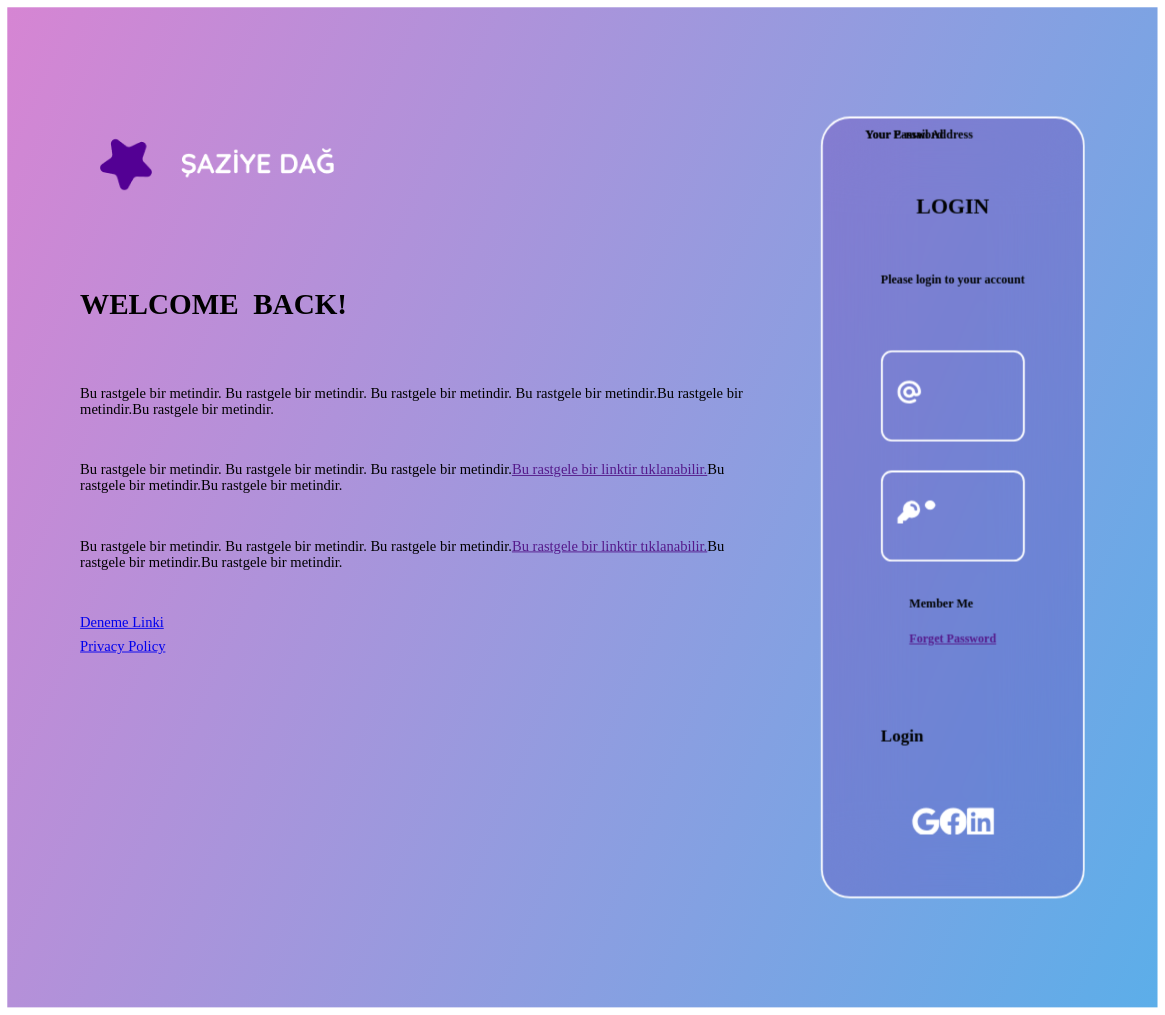
Repository: szydag/login
Page: /
These files come from the project's save history. The page is drawn as it stood at one moment and after the next save; the edit follows.
The browser window is 1280 px wide. The pictures show the whole page, at 91% of full size.
The project was rebuilt for these pictures with package versions that can differ from the ones it lists, and the page was loaded fresh each time. Also part of the build but not shown: src/assets/svgr/unhiddenIcon/index.js.

Above is the page before, as saved 2023-10-22 20:00:48.

### src/index.js
import React from 'react';
import ReactDOM from 'react-dom/client';
import App from './app/index';
import {
    BrowserRouter
} from "react-router-dom";

const root = ReactDOM.createRoot(document.getElementById('root'));
root.render(
    <BrowserRouter>
        <App />
    </BrowserRouter>
);

### src/app/index.js
import LoginPage from "./pages/login";
import useStyles from "./style";

const App = () => {
    useStyles();
    return <div>
        <LoginPage />
    </div>

};

export default App;

### src/app/pages/login/index.js
import React, { useEffect } from 'react'
import useStyles from './style';
import logo from './../../../assets/logo.png'
import MailIcon from './../../../assets/svgr/mailIcon/index.js'
import PasswordIcon from './../../../assets/svgr/passwordIcon/index.js'
import HiddenIcon from './../../../assets/svgr/hiddenIcon/index.js'
import UnhiddenIcon from './../../../assets/svgr/unhiddenIcon/index.js'
import GoogleIcon from './../../../assets/svgr/googleIcon/index.js'
import FacebookIcon from './../../../assets/svgr/facebookIcon/index.js'
import LinkedInIcon from './../../../assets/svgr/linkedInIcon/index.js'
const LoginPage = () => {

    const classes = useStyles();
    return <div
        className={classes.loginPage}
    >
        <div
            className={classes.promotionTexts}
        >
            <div
                className={classes.logo}
            >
                <img
                    src={logo}
                    alt=""
                />
            </div>
            <div
                className={classes.mainContent}
            >
                <div
                    className={classes.title}
                >
                    <h1>WELCOME</h1>
                    <h1>BACK!</h1>
                </div>
                <div
                    className={classes.contentText}
                >
                    <p>
                        Bu rastgele bir metindir. Bu rastgele bir metindir. Bu rastgele bir metindir. Bu rastgele bir metindir.Bu rastgele bir metindir.Bu rastgele bir metindir.
                    </p>
                    <p>
                        Bu rastgele bir metindir. Bu rastgele bir metindir. Bu rastgele bir metindir.
                        <a
                            href=""
                        >
                            Bu rastgele bir linktir tıklanabilir.
                        </a>
                        Bu rastgele bir metindir.Bu rastgele bir metindir.
                    </p>
                    <p>
                        Bu rastgele bir metindir. Bu rastgele bir metindir. Bu rastgele bir metindir.
                        <a
                            href=""
                        >
                            Bu rastgele bir linktir tıklanabilir.
                        </a>
                        Bu rastgele bir metindir.Bu rastgele bir metindir.
                    </p>
                </div>
                <div
                    className={classes.links}
                >
                    <a
                        href="

                    ">
                        Deneme Linki
                    </a>
                    <a
                        href="

                    ">
                        Privacy Policy
                    </a>
                </div>

            </div>
        </div>
        <div
            className={classes.loginArea}
        >
            <div
                className={classes.header}
            >
                <h2>LOGIN</h2>
                <h5>Please login to your account</h5>
            </div>
            <div
                className={classes.container}
            >
                <div
                    className={classes.loginMainContent}
                >
                    <div
                        className={classes.inputArea}
                    >
                        <div
                            className={classes.mailInput}
                        >
                            <div
                                className={classes.content}
                            >
                                <MailIcon
                                    color='#ffffff'
                                    size={30}
                                ></MailIcon>

                            </div>
                            <div
                                className={classes.inputTitle}
                            >
                                <h5>Your E-mail  Address</h5>
                            </div>
                        </div>
                        <div
                            className={classes.passwordInput}
                        >
                            <div
                                className={classes.content}
                            >
                                <PasswordIcon
                                    color='#ffffff'
                                    size={30}
                                >
                                </PasswordIcon>
                                <HiddenIcon
                                    color='#ffffff'
                                    size={30}
                                >

                                </HiddenIcon>
                            </div>
                            <div
                                className={classes.inputTitle}
                            >
                                <h5>Your Password</h5>
                            </div>

                        </div>
                    </div>
                    <div
                        className={classes.passwordSettingsArea}
                    >
                        <div
                            className={classes.memberMeArea}
                        >
                            <h5>Member Me</h5>
                        </div>
                        <h5>
                            <a href="">
                                Forget Password
                            </a>
                        </h5>
                    </div>
                </div>
                <div
                    className={classes.loginButton}
                >
                    <h3>Login</h3>
                </div>
            </div>
            <div
                className={classes.accountSettings}
            >
                <div
                    className={classes.accountSettingsTitle}
                >

                </div>
                <div
                    className={classes.socialMediaIcons}
                >
                    <GoogleIcon
                        color='#ffffff'
                        size={30}
                    >
                    </GoogleIcon>
                    <FacebookIcon
                        color='#ffffff'
                        size={30}
                    >
                    </FacebookIcon>
                    <LinkedInIcon
                        color='#ffffff'
                        size={30}
                    >
                    </LinkedInIcon>
                </div>
                <div
                    className={classes.newAccountArea}
                >

                </div>
            </div>
        </div>
    </div>
}

export default LoginPage;

### src/app/style.js
import { createUseStyles } from "react-jss";

const useStyles = createUseStyles({
    loginPage: {
    },
})
export default useStyles;

### src/app/pages/login/style.js

import { createUseStyles } from "react-jss";

const useStyles = createUseStyles({
    loginPage: {
        display: 'flex',
        padding: '120px 80px',
        alignItems: 'flex-start',
        gap: '80px',
        background: 'linear-gradient(113deg, #B9A675 0%, #D685D3 0%, #5CAEE9 100%)',
    },
    promotionTexts: {
        display: 'flex',
        flexDirection: 'column',
        alignItems: 'flex-start',
        gap: '64px',
        flex: '1 0 0',
        alignSelf: 'stretch',
    },
    logo: {
        display: 'flex',
        alignItems: 'center',
        gap: '8px',
    },
    mainContent: {
        display: 'flex',
        flexDirection: 'column',
        justifyContent: ' center',
        alignItems: 'flex-start',
        gap: '32px',
        alignSelf: 'stretch',
    },
    title: {
        display: 'flex',
        alignItems: 'flex-start',
        gap: '16px',
    },
    contentText: {
        display: 'flex',
        flexDirection: 'column',
        alignItems: 'flex - start',
        gap: '16px',
        alignSelf: 'stretch',
    },
    links: {
        display: 'flex',
        flexDirection: 'column',
        alignItems: 'flex-start',
        gap: '8px',
    },
    loginArea: {
        display: 'flex',
        padding: '64px',
        flexDirection: 'column',
        justifyContent: 'center',
        alignItems: 'center',
        gap: '48px',
        alignSelf: 'stretch',
        borderRadius: '32px',
        border: '2px solid #FFF',
        background: 'rgba(83, 0, 148, 0.20)',
        backdropFilter: 'blur(45px)',
    },
    header: {
        display: 'flex',
        flexDirection: 'column',
        alignItems: 'center',
        gap: '16px',
    },
    container: {
        display: 'flex',
        flexDirection: 'column',
        alignItems: 'flex-start',
        gap: '48px',
        alignSelf: 'stretch',
    },
    loginMainContent: {
        display: 'flex',
        flexDirection: 'column',
        justifyContent: 'center',
        alignItems: 'center',
        gap: '16px',
        alignSelf: 'stretch',
    },
    inputArea: {
        display: 'flex',
        flexDirection: 'column',
        alignItems: 'flex-start',
        gap: '32px',
        alignSelf: 'stretch',
    },
    mailInput: {
        display: 'flex',
        height: '64px',
        padding: '16px',
        flexDirection: 'column',
        justifyContent: 'center',
        alignItems: 'flex-start',
        gap: '437px',
        alignSelf: 'stretch',
        borderRadius: '12px',
        border: '2px solid #FFF',
    },
    content: {
        display: 'flex',
        justifyContent: 'center',
        alignItems: 'center',
        gap: '6px',
    },
    inputTitle: {
        display: 'flex',
        padding: '0px 10px',
        alignItems: 'center',
        gap: '10px',
        position: 'absolute',
        left: '37px',
        top: '-12px',
    },
    passwordInput: {
        display: 'flex',
        height: '64px',
        padding: '16px',
        justifyContent: 'space-between',
        alignItems: 'center',
        alignSelf: 'stretch',
        borderRadius: '12px',
        border: '2px solid #FFF',
    },
    content: {
    },
    passwordSettingsArea: {
    },
    memberMeArea: {
    },
    loginButton: {
    },
    accountSettings: {
    },
    accountSettingsTitle: {
    },
    socialMediaIcons: {
    },
    newAccountArea: {
    },
})
export default useStyles;

### src/assets/svgr/mailIcon/index.js
import * as React from "react"
const MailIcon = ({
    color = "#ffffff",
    size = 30,
    ...props
}) => {
    const pathScale = 30 / size;
    return <svg
        xmlns="http://www.w3.org/2000/svg"
        width={size}
        height={size}
        fill="none"
        {...props}
    >
        <path
            fill={color}
            transform={`scale(${1 / 1})`}
            d="M19.894 6.125c-3.807-3.661-9.98-3.661-13.788 0s-3.808 9.597 0 13.258c3.31 3.183 8.41 3.6 12.187 1.248.753-.47 1.759-.263 2.247.461.488.725.273 1.692-.48 2.161-5.038 3.138-11.837 2.586-16.252-1.66-5.077-4.881-5.077-12.796 0-17.678 5.076-4.881 13.308-4.881 18.384 0C24.73 6.355 26 9.558 26 12.755c0 2.588-2.183 4.687-4.875 4.687a4.982 4.982 0 0 1-2.925-.937c-1.186 1.517-3.074 2.5-5.2 2.5-3.59 0-6.5-2.799-6.5-6.25 0-3.453 2.91-6.25 6.5-6.25s6.5 2.797 6.5 6.25c0 .862.727 1.562 1.625 1.562s1.625-.7 1.625-1.563c0-2.402-.952-4.798-2.856-6.629Zm-3.644 6.63c0-1.727-1.455-3.126-3.25-3.126s-3.25 1.4-3.25 3.125c0 1.726 1.455 3.125 3.25 3.125s3.25-1.399 3.25-3.125Z"
        />
    </svg>
}
export default MailIcon

### src/assets/svgr/passwordIcon/index.js
import * as React from "react"
const PasswordIcon = ({
    color = "#ffffff",
    size = 30,
    ...props
}) => {
    const pathScale = 30 / size;
    return <svg
        xmlns="http://www.w3.org/2000/svg"
        width={size}
        height={size}
        fill="none"
        {...props}
    >
        <path
            fill={color}
            transform={`scale(${1 / 1})`}
            d="M25 9.63a9.375 9.375 0 0 1-12.098 8.972L9.375 22.13H6.25v3.125H0v-6.25l6.652-6.652A9.375 9.375 0 1 1 25 9.63Zm-9.375-6.25a1.563 1.563 0 0 0 0 3.124c1.726 0 3.125 1.4 3.125 3.125a1.563 1.563 0 0 0 3.125 0 6.25 6.25 0 0 0-6.25-6.25Z"
        />
    </svg>
}
export default PasswordIcon

### src/assets/svgr/hiddenIcon/index.js
import * as React from "react"
const HiddenIcon = ({
    color = "#ffffff",
    size = 30,
    ...props
}) => {
    const pathScale = 30 / size;
    return <svg
        xmlns="http://www.w3.org/2000/svg"
        width={size}
        height={size}
        fill="none"
        {...props}
    >
        <path
            fill={color}
            transform={`scale(${1 / 1})`}
            d="M0 5.03C.801 2.115 3.185 0 6 0s5.199 2.115 6 5.03c-.801 2.915-3.185 5.03-6 5.03S.801 7.945 0 5.03Zm8.515 0C8.515 6.617 7.39 7.904 6 7.904c-1.39 0-2.515-1.287-2.515-2.874C3.485 3.443 4.61 2.156 6 2.156c1.39 0 2.515 1.287 2.515 2.874Z"
        />
    </svg>
}
export default HiddenIcon

### src/assets/svgr/googleIcon/index.js
import * as React from "react"
const GoogleIcon = ({
    color = "#ffffff",
    size = 30,
    ...props
}) => {
    const pathScale = 30 / size;
    return <svg
        xmlns="http://www.w3.org/2000/svg"
        width={size}
        height={size}
        fill="none"
        {...props}
    >
        <path
            fill={color}
            transform={`scale(${1 / 1})`}
            d="M30.5 16.357c0 8.698-5.957 14.889-14.754 14.889A15.228 15.228 0 0 1 .5 16 15.228 15.228 0 0 1 15.746.754c4.106 0 7.561 1.506 10.223 3.99l-4.15 3.99C16.392 3.496 6.298 7.43 6.298 16c0 5.318 4.248 9.627 9.449 9.627 6.037 0 8.3-4.328 8.656-6.572h-8.656v-5.243H30.26c.142.78.24 1.53.24 2.545Z"
        />
    </svg>
}
export default GoogleIcon

### src/assets/svgr/facebookIcon/index.js
import * as React from "react"
const FacebookIcon = ({
    color = "#ffffff",
    size = 30,
    ...props
}) => {
    const pathScale = 30 / size;
    return <svg
        xmlns="http://www.w3.org/2000/svg"
        width={size}
        height={size}
        fill="none"
        {...props}
    >
        <path
            fill={color}
            transform={`scale(${1 / 1})`}
            d="M30.5 15.754c0-8.286-6.714-15-15-15s-15 6.714-15 15c0 7.487 5.485 13.692 12.656 14.819V20.09h-3.81v-4.336h3.81V12.45c0-3.759 2.238-5.835 5.666-5.835 1.641 0 3.358.293 3.358.293v3.689h-1.892c-1.863 0-2.444 1.156-2.444 2.343v2.815h4.16l-.666 4.336h-3.494v10.483C25.014 29.446 30.5 23.24 30.5 15.754Z"
        />
    </svg>
}
export default FacebookIcon

### src/assets/svgr/linkedInIcon/index.js
import * as React from "react"
const LinkedInIcon = ({
    color = "#ffffff",
    size = 30,
    ...props
}) => {
    const pathScale = 30 / size;
    return <svg
        xmlns="http://www.w3.org/2000/svg"
        width={size}
        height={size}
        fill="none"
        {...props}
    >
        <path
            fill={color}
            transform={`scale(${1 / 1})`}
            d="M28.357.754H2.637C1.456.754.5 1.725.5 2.917v25.674c0 1.192.958 2.163 2.136 2.163h25.721c1.179 0 2.143-.97 2.143-2.163V2.917c0-1.192-.964-2.163-2.143-2.163ZM9.567 26.468H5.121V12.151h4.453v14.317h-.007ZM7.344 10.196a2.58 2.58 0 0 1 0-5.156 2.584 2.584 0 0 1 2.578 2.578 2.575 2.575 0 0 1-2.578 2.578Zm18.89 16.272h-4.446v-6.964c0-1.66-.034-3.797-2.31-3.797-2.317 0-2.672 1.808-2.672 3.677v7.084h-4.447V12.151h4.266v1.956h.06c.596-1.125 2.05-2.31 4.212-2.31 4.5 0 5.337 2.966 5.337 6.823v7.848Z"
        />
    </svg>
}
export default LinkedInIcon

Loaded but not shown: public/index.html (common file)

After the next save:
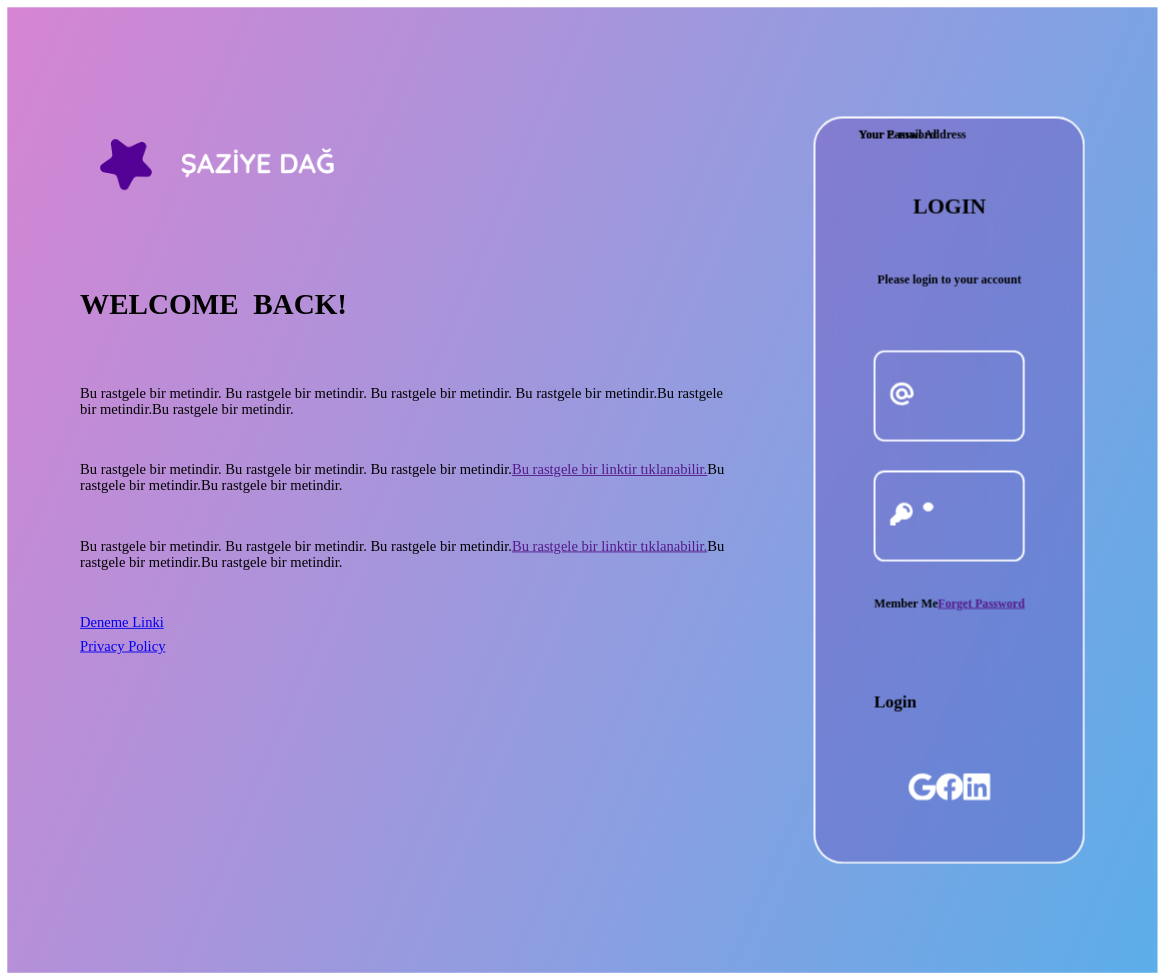
Saved 97 s later.
--- a/src/app/pages/login/style.js
+++ b/src/app/pages/login/style.js
@@ -126,9 +126,11 @@ const useStyles = createUseStyles({
         borderRadius: '12px',
         border: '2px solid #FFF',
     },
-    content: {
-    },
     passwordSettingsArea: {
+        display: 'flex',
+        justifyContent: 'space-between',
+        alignItems: 'flex-start',
+        alignSelf: 'stretch',
     },
     memberMeArea: {
     },
